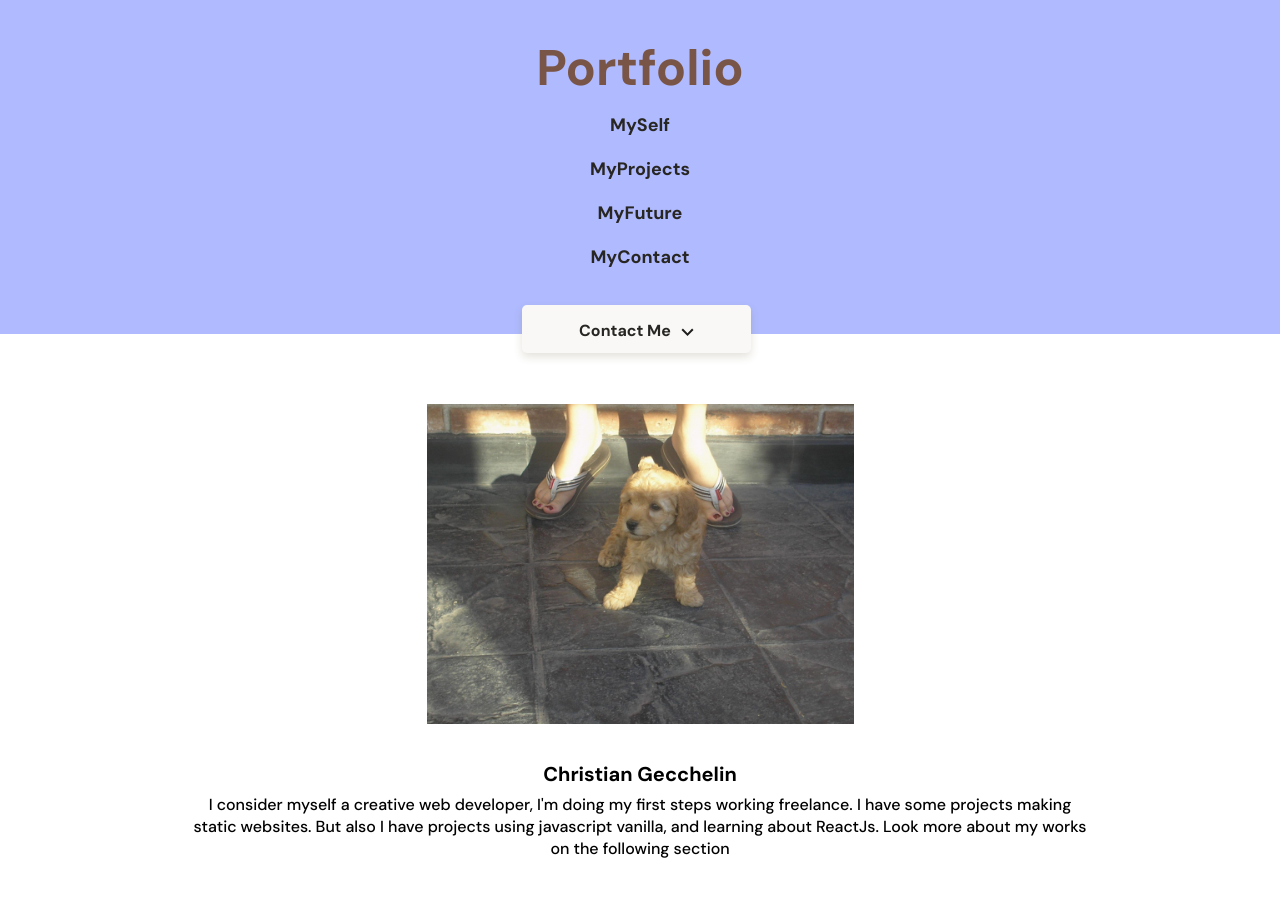
Repository: ChristianGecchelin/PortfolioOnline
Page: index.html
These files come from the project's save history. The page is drawn as it stood at one moment and after the next save; the edit follows.
The browser window is 1280 px wide. The pictures show the whole page.

Above is the page before, as saved 2022-01-08 20:51:21.

### index.html
<!DOCTYPE html>
<html lang="en">
  <head>
    <meta charset="UTF-8" />
    <meta http-equiv="X-UA-Compatible" content="IE=edge" />
    <meta name="viewport" content="width=device-width, initial-scale=1.0" />
    <title>Portfolio Christian</title>
    <link rel="preconnect" href="https://fonts.googleapis.com" />
    <link rel="preconnect" href="https://fonts.gstatic.com" crossorigin />
    <link
      href="https://fonts.googleapis.com/css2?family=DM+Sans:wght@400;500;700&family=Inter:wght@300;500&display=swap"
      rel="stylesheet"
    />
    <link rel="stylesheet" href="./styles/styles.css" />
  </head>
  <body>
    <header>
      <nav>
        <h1>Portfolio</h1>
        <ul class="list-container">
          <li class="list-container-link">
            <a class="" href="">MySelf</a>
          </li>
          <li class="list-container-link">
            <a class="" href="">MyProjects</a>
          </li>
          <li class="list-container-link">
            <a class="" href="">MyFuture</a>
          </li>
          <li class="list-container-link">
            <a class="" href="">MyContact</a>
          </li>
        </ul>
        <a class="header--nav-button" href="#MyContact">
          Contact Me<span></span
        ></a>
      </nav>
    </header>
    <main>
      <section class="principalContainer-mySelf">
        <div class="principalContainer-mySelf--image">
          <div class="image-cv"></div>
        </div>
        <div class="principalContainer-mySelf--information">
          <h2>Christian Gecchelin</h2>
          <p>
            I consider myself a creative web developer, I'm doing my first steps
            working freelance. I have some projects making static websites. But
            also I have projects using javascript vanilla, and learning about
            ReactJs. Look more about my works on the following section
          </p>
        </div>
      </section>

      <section class="principalContainer-myProject"></section>
      <section class="principalContainer-myFuture"></section>
      <section class="principalContainer-myContact"></section>
    </main>
  </body>
</html>

### styles/styles.css
:root {
  --strong-orange: #f7931a;
  --soft-orange: #ffe9d5;
  --secondary-blue: #1a9af7;
  --soft-blue: #e7f5ff;
  --warm-black: #201e1c;
  --black: #282623;
  --grey: #bababa;
  --off-white: #faf8f7;
  --just-white: #fff;
  --light-violet: #b0bbff;
  --strong-violet: #5764b3;
  --skin-color: #ffecb0;
  --yellow-skin-color: #fff3c9;
  --almost-brown: #b3a169;
}
* {
  box-sizing: border-box;
  margin: 0;
  padding: 0;
}
html {
  font-size: 62.5%;
  font-family: "DM Sans", sans-serif;
}
header {
  display: flex;
  flex-direction: column;
  justify-content: center;
  height: 334px;
  background: var(--light-violet);
  text-align: center;
}
header nav {
  flex-direction: column;
  justify-content: center;
  width: 90%;
  min-width: 288px;
  height: 218px;
  align-self: center;
  text-align: center;
  margin-top: -30px;
}
header nav h1 {
  font-size: 5rem;
  font-weight: 700;
  line-height: 5rem;
  color: #795548;
}

header nav .list-container-link {
  margin-top: 20px;
  list-style: none;
}
header nav .list-container-link a {
  font-size: 1.8rem;
  font-weight: 700;
  line-height: 2.4rem;
  text-decoration: none;
  color: var(--black);
}

header nav .header--nav-button {
  position: absolute;
  top: 270px;
  left: calc(50% - 118px);
  display: block;
  margin-top: 35px;
  padding: 15px;
  width: 229px;
  height: 48px;
  background-color: var(--off-white);
  font-size: 1.6rem;
  font-weight: 700;
  text-decoration: none;
  color: var(--black);
  box-shadow: 0px 4px 8px rgba(89, 73, 30, 0.16);
  border: none;
  border-radius: 5px;
}
header nav .header--nav-button span {
  display: inline-block;
  width: 13px;
  height: 8px;
  margin-left: 10px;
  background-image: url(../assets/icons/down-arrow.svg);
}
main {
  width: 100%;
  height: auto;
  background-color: ##d5d5d5;
}
main .principalContainer-mySelf {
  display: flex;
  flex-direction: column;
  justify-content: center;
  width: 100%;
  min-width: 320px;
  height: auto;
  padding-top: 70px;
  text-align: center;
}
.principalContainer-mySelf--image .image-cv {
  min-width: 320px;
  height: 320px; /* luego en las otras resos lo agrando */
  margin: 0 auto;
  background-image: url(../assets/images/IMG_4340.JPG);
  background-size: contain;
  background-position: center;
  background-repeat: no-repeat;
}
.principalContainer-mySelf--information {
  width: 90%;
  min-width: 288px;
  max-width: 900px;
  text-align: center;
  align-self: center;
  padding-bottom: 50px;
}
.principalContainer-mySelf--information h2 {
  padding-top: 30px;
  font-size: 2rem;
  line-height: 4rem;
}
.principalContainer-mySelf--information p {
  font-size: 1.6rem;
  font-weight: 500;
  line-height: 2.2rem;
}

After the next save:
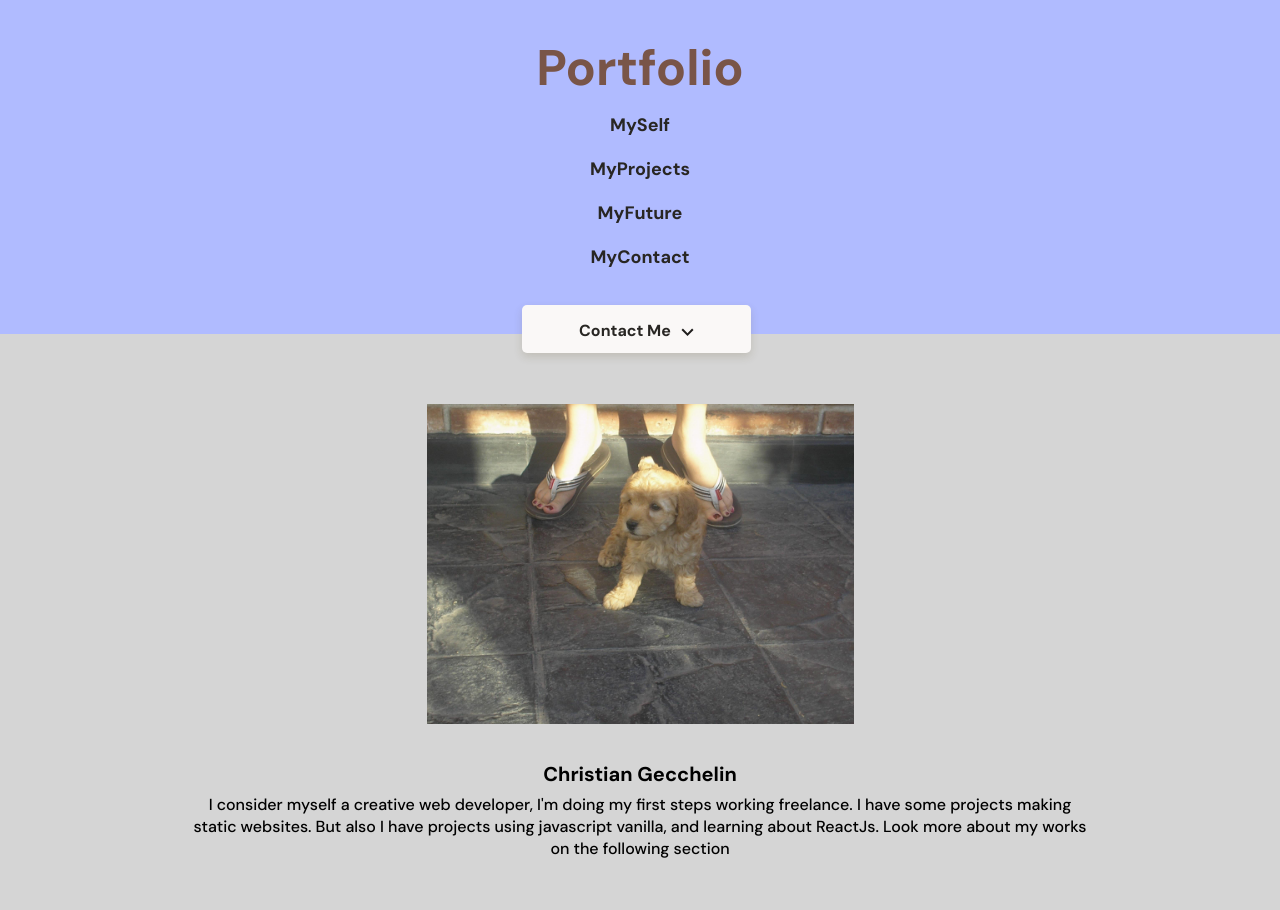
Saved 4 s later.
--- a/styles/styles.css
+++ b/styles/styles.css
@@ -88,7 +88,7 @@ header nav .header--nav-button span {
 main {
   width: 100%;
   height: auto;
-  background-color: ##d5d5d5;
+  background-color: #d5d5d5;
 }
 main .principalContainer-mySelf {
   display: flex;
